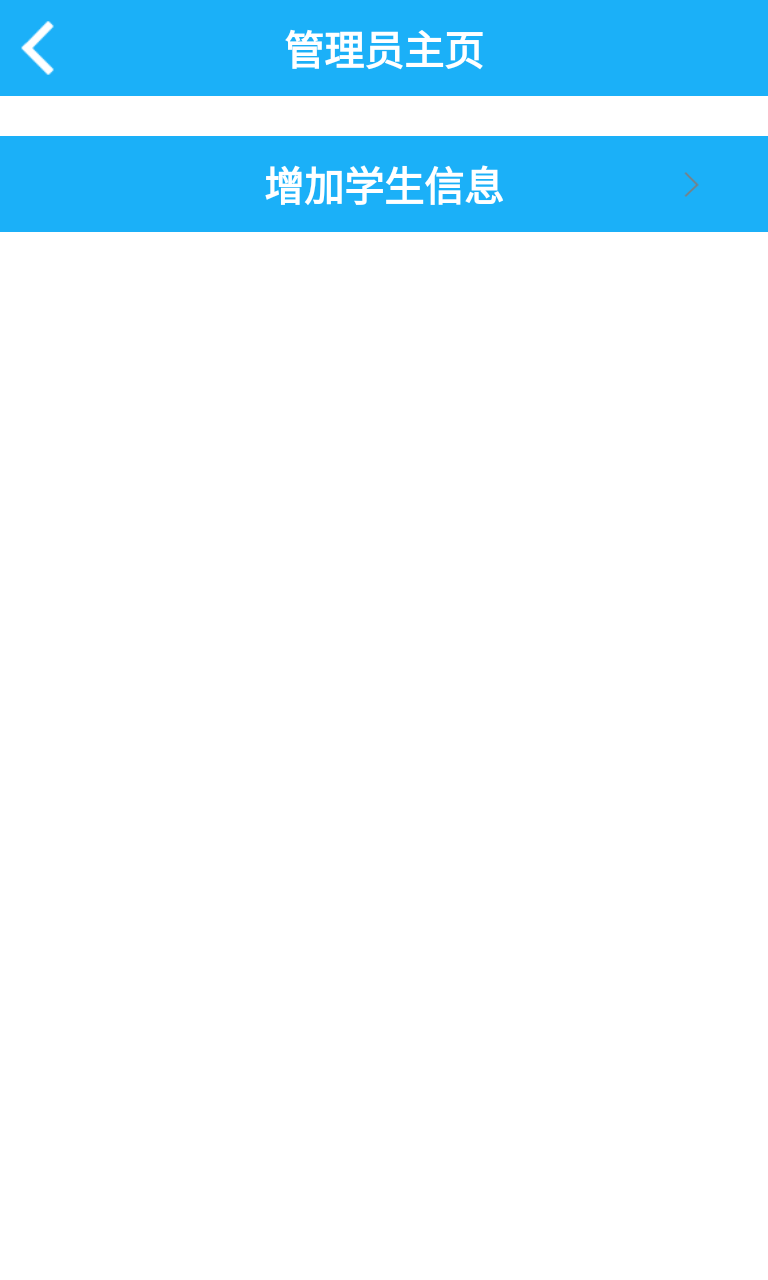
Repository: 15862175370/MyProject
Layout: 毕业设计系统源码_李伟/client/TeachSystem/res/layout/administrator_center.xml
These files come from the project's save history. The layout is drawn as it stood at one moment and after the next save; the edit follows.
It is drawn on a 768 x 1280 px phone screen (xhdpi) without system bars, with theme AppTheme; the app's code is not run.

Above is the layout before, as saved 2016-05-20 07:46:29.

After the next save:
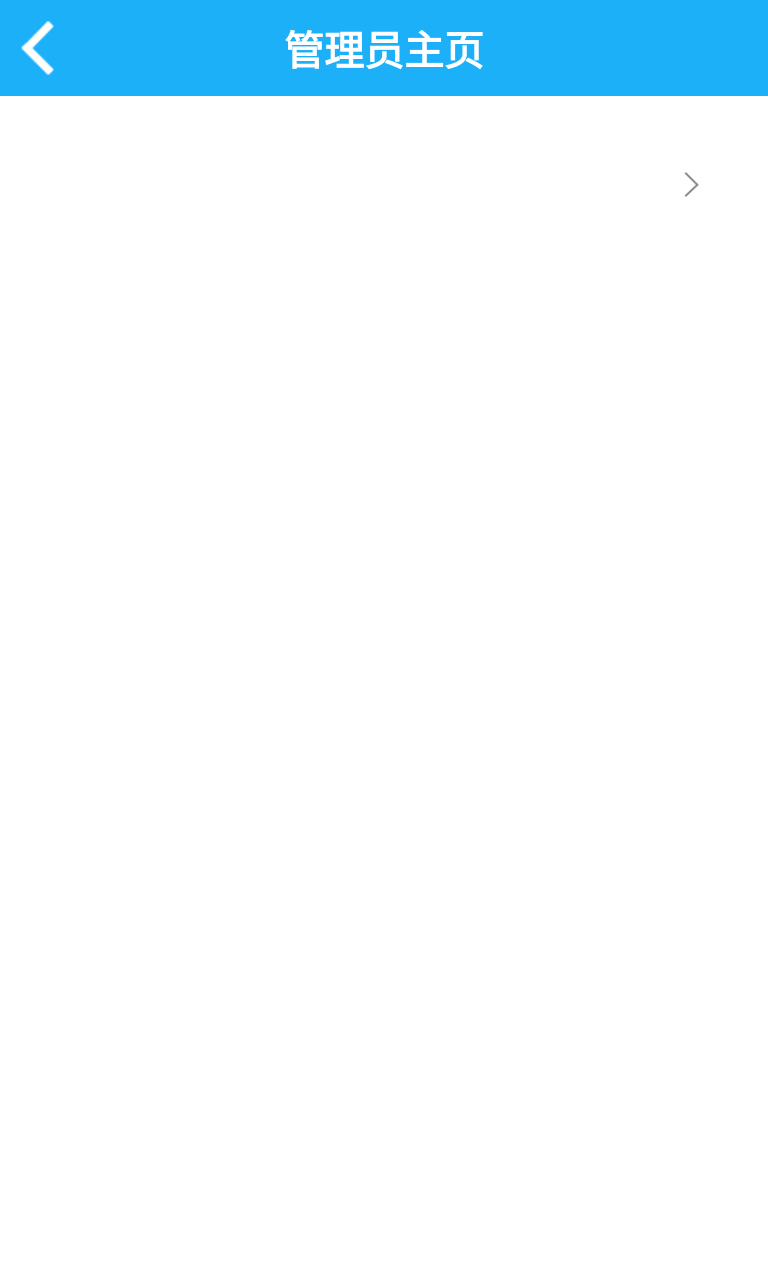
Saved 29 s later.
--- a/毕业设计系统源码_李伟/client/TeachSystem/res/layout/administrator_center.xml
+++ b/毕业设计系统源码_李伟/client/TeachSystem/res/layout/administrator_center.xml
@@ -47,7 +47,7 @@
         android:id="@+id/select"
         android:layout_width="match_parent"
         android:layout_height="48dp"
-        android:background="#1bb0f8" >
+        android:background="ff0000" >
 
         <RelativeLayout
             android:id="@+id/se"
